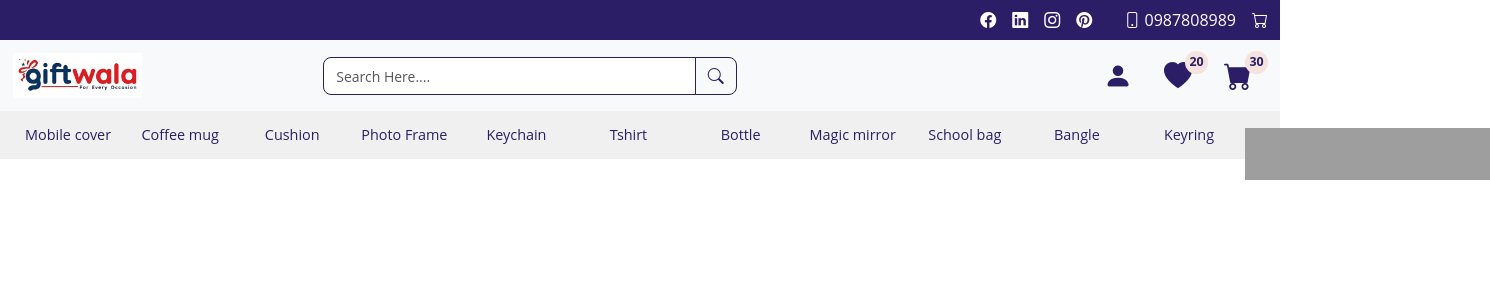
Repository: mangalravi/GiftWala
Page: index.html
These files come from the project's save history. The page is drawn as it stood at one moment and after the next save; the edit follows.
The browser window is 1280 px wide. The page is 1490 px wide, then 1408 px, so the pictures cover 1490 px, including what lies to the right of the window. The pictures show the whole page.
Pictures or frames that could not be fetched are drawn as grey boxes. The style sheet was rebuilt from its Sass, Less or Tailwind sources for each picture, by a compiler version that may differ from the author's.

Above is the page before, as saved 2024-07-07 17:17:46.

### index.html
<!DOCTYPE html>
<html lang="en">
  <head>
    <meta charset="UTF-8" />
    <meta name="viewport" content="width=device-width, initial-scale=1.0" />
    <title>GiftWala</title>

    <link
      rel="apple-touch-icon"
      sizes="180x180"
      href="content/images/fabicon.png"
      alt="fabicon"
    />
    <link
      rel="icon"
      type="image/png"
      sizes="32x32"
      href="content/images/fabicon.png"
      alt="fabicon"
    />
    <link
      rel="icon"
      type="image/png"
      sizes="16x16"
      href="content/images/fabicon.png"
      alt="fabicon"
    />
    <link
      rel="publication"
      href=""
      crossorigin="use-credentials"
      type="application/manifest+json"
    />
    <meta name="msapplication-TileColor" content="#da532c" />
    <meta name="theme-color" content="#ffffff" />

    <link rel="icon" href="content/images/logo/favicon.png" type="image/png" />
    <link rel="stylesheet" href="content/css/bootstrap-icons.css" />
    <link rel="stylesheet" href="content/bootstrap/css/bootstrap.min.css" />
    <link rel="stylesheet" href="content/css/font-family.css" />
    <link rel="stylesheet" href="content/css/aos.css" />
    <link rel="stylesheet" href="content/css/custom.css" />
  </head>
  <body>
    <header>
      <div class="tophdr">
        <div class="container-fluid d-flex justify-content-end">
          <ul class="tpmnul">
            <li>
              <ul class="social-link">
                <li>
                  <a
                    href="#"
                    rel="noopener noreferrer"
                    target="_blank"
                    aria-label="Facebook"
                    class="fb"
                    ><i class="bi bi-facebook"></i
                  ></a>
                </li>
                <li>
                  <a
                    href="#"
                    rel="noopener noreferrer"
                    target="_blank"
                    aria-label="Linkedin"
                    class="in"
                    ><i class="bi bi-linkedin"></i
                  ></a>
                </li>
                <li>
                  <a
                    href="#"
                    rel="noopener noreferrer"
                    target="_blank"
                    aria-label="Instagram"
                    class="inta"
                    ><i class="bi bi-instagram"></i
                  ></a>
                </li>
                <li>
                  <a
                    href="#"
                    rel="noopener noreferrer"
                    target="_blank"
                    aria-label="Pinterest"
                    class="inta"
                    ><i class="bi bi-pinterest"></i
                  ></a>
                </li>
                <li>
                  <a
                    href="#"
                    rel="noopener noreferrer"
                    target="_blank"
                    aria-label="Threads"
                    class="in"
                    ><i class="bi bi-threads"></i
                  ></a>
                </li>
              </ul>
            </li>
            <li>
              <a href="#">
                <i class="bi bi-phone"></i>
                <span>0987808989</span>
              </a>
            </li>
            <li>
              <a href="#">
                <i class="bi bi-cart"></i>
              </a>
            </li>
          </ul>
        </div>
      </div>
      <nav class="navbar navbar-expand-lg bg-body-tertiary">
        <div class="container-fluid">
          <a class="navbar-brand m-0" href="#">
            <img
              src="content/images/logo.jpg"
              alt="logo"
              height="45"
              width="131"
            />
          </a>
          <button
            class="navbar-toggler"
            type="button"
            data-bs-toggle="collapse"
            data-bs-target="#navbarSupportedContent"
            aria-controls="navbarSupportedContent"
            aria-expanded="false"
            aria-label="Toggle navigation"
          >
            <span class="navbar-toggler-icon"></span>
          </button>
          <div
            class="collapse navbar-collapse justify-content-end"
            id="navbarSupportedContent"
          >
            <div class="row w-100 align-items-center">
              <div class="col-sm-8">
                <div class="row justify-content-center">
                  <div class="col-sm-7">
                    <form class="d-flex" role="search">
                      <div class="input-group">
                        <input
                          type="text"
                          class="form-control"
                          placeholder="Search Here...."
                        />
                        <span class="input-group-text" id="basic-addon2">
                          <i class="bi bi-search"></i>
                        </span>
                      </div>
                    </form>
                  </div>
                </div>
              </div>
              <div class="col-sm-4">
                <ul class="navbar-nav mb-2 mb-lg-0 justify-content-end">
                  <li class="nav-item">
                    <a class="nav-link" aria-current="page" href="#"
                      ><i class="bi bi-person-fill"></i
                    ></a>
                  </li>
                  <li class="nav-item">
                    <a class="nav-link" href="#"
                      ><i class="bi bi-heart-fill"></i>
                      <span class="badge">20</span>
                    </a>
                  </li>
                  <li class="nav-item">
                    <a class="nav-link" href="#">
                      <i class="bi bi-cart-fill"></i>
                      <span class="badge">30</span>
                    </a>
                  </li>
                </ul>
              </div>
            </div>
          </div>
        </div>
      </nav>
      <div class="btmhdr">
        <div class="container-fluid">
          <div class="btmhdrnv">
            <ul class="d-flex align-items-center">
              <li>Mobile cover</li>
              <li>Coffee mug</li>
              <li>Cushion</li>
              <li>Photo Frame</li>
              <li>Keychain</li>
              <li>Tshirt</li>
              <li>Bottle</li>
              <li>Magic mirror</li>
              <li>School bag</li>
              <li>Bangle</li>
              <li>Keyring</li>
            </ul>
            <li style="position: relative; border-bottom: none !important">
              <a
                class="adbHeaderLink"
                href="/express-delivery"
                style="border-bottom: none !important"
              >
                <div class="left bg-express_delivery_1"></div>
                <input type="hidden" value="Delivery In 2 hours" />
              </a>
            </li>
          </div>
        </div>
      </div>
    </header>

    <!--
<footer>
  <div class="container">
    <div class="row mb-4">
      <div class="col-sm-6 col-md-2 d-flex">
        <div class="hdr-img mb-4">
          <img src="hdr-logo" alt="hdr-logo">
        </div>
      </div>
      <div class="col-md-7">
        <div class="row">
            <div class="col-3">
              <ul>
                <li><a href="aboutus.html">About Us</a></li>
                <li><a href="contact-us.html">Contact Us</a></li>
                <li><a href="faq.html">FAQ</a></li>
              </ul>
            </div>
            <div class="col-4">
              <ul>
                <li><a href="term-and-condition.html">Terms of Purchase</a></li>
                <li><a href="item-condition.html">Items Condition</a></li>
                <li><a href="privacy-policy.html">Privacy Policy</a></li>
              </ul>
            </div>
            <div class="col-5">
              <ul class="mailli">
                <li><a href="tel:1800-419-0431"><i class="bi bi-telephone-fill"></i> 1800-419-0431</a></li>
                <li><a href="mailto: support@b2bstop.com"><i class="bi bi-envelope"></i>  support@b2bstop.com</a></li>
              </ul>
            </div>
         </div>

      </div>
      <div class="col-sm-6 col-md-3 d-flex">
        <div class="adrs">
          <a href="http://maps.google.com/?q=1200 Pennsylvania Ave SE, Washington, District of Columbia, 20003"">
            <i class="bi bi-geo-alt-fill"></i>
            No. 565, Axis Pennmark building, 2nd, 3rd & 4th Floor, 9th cross road, Sarakki, 3rd phase, JP Nagar, Bangalore, Karnataka - 560078
          </a>
        </div>
      </div>
    </div>
    <div class="btn-hdng">
      <p class="text-center">© b2bstop - Trade mark of Green Enabled IT Solutions Pvt. Ltd</p>
    </div>
  </div>
</footer> -->

    <script src="content/js/jquery.min.js"></script>
    <script src="content/js/slick.js"></script>
    <script src="content/js/aos.js"></script>
    <script src="content/bootstrap/js/bootstrap.bundle.min.js"></script>
    <script src="content/js/custom.js"></script>
    <script>
      AOS.init();
    </script>
  </body>
</html>

### content/css/font-family.css
@font-face {
  font-family: "OpenSans";
  font-style: normal;
  font-weight: 400;
  src: url("../fonts/Open_Sans/static/OpenSans-Regular.ttf") format("truetype");
  font-display: swap;
}

@font-face {
  font-family: "OpenSans";
  font-style: normal;
  font-weight: 500;
  src: url("../fonts/Open_Sans/static/OpenSans-Medium.ttf") format("truetype");
  font-display: swap;
}

@font-face {
  font-family: "OpenSans";
  font-style: normal;
  font-weight: 600;
  src: url("../fonts/Open_Sans/static/OpenSans-SemiBold.ttf") format("truetype");
  font-display: swap;
}

@font-face {
  font-family: "OpenSans";
  font-style: normal;
  font-weight: 700;
  src: url("../fonts/Open_Sans/static/OpenSans-Bold.ttf") format("truetype");
  font-display: swap;
}

### content/js/custom.js
$(".projetos-slider").slick({
  slidesToShow: 1,
  slidesToScroll: 1,
  autoplay: true,
  autoplaySpeed: 1000,
  arrows: false,
  dots: false,
  adaptiveHeight: true,
  speed: 1500,
  responsive: [
    {
      breakpoint: 1121,
      settings: {
        slidesToShow: 1,
        autoplay: true,
        adaptiveHeight: true,
      },
    },
    {
      breakpoint: 768,
      settings: {
        slidesToShow: 1,
        autoplay: true,
        adaptiveHeight: true,
      },
    },
  ],
});

### content/css/custom.scss
:root {
  --bs-primary: #2b1e66;
  --bs-secondary: #ed247c;
  --bs-heading: #333333;
  --bs-para: #595657;
  --bs-border-color: #e8e8e8;
  --bs-root-font-size: 16px;
  --bs-body-font-family: 'Open Sans', sans-serif;
}

.bi,
.btn,
.h1,
.h2,
.h3,
.h4,
.h5,
.h6,
:after,
:before,
a,
button,
h1,
h2,
h3,
h4,
h5,
h6,
img,
input,
li,
p,
select,
span,
textarea {
  transition: 0.5s ease-out;
}

ul {
  padding: 0;
  margin: 0;

  li {
    list-style: none;
    color: var(--bs-primary);
  }
}

body {
  margin: 0;
  font-family: var(--bs-body-font-family);
  overflow-x: hidden;
  font-size: 16px;
  position: inherit !important;
}

.overflow-x-hidden {
  overflow-x: hidden;
}

.h1,
.h2,
.h3,
.h4,
.h5,
.h6,
h1,
h2,
h3,
h4,
h5,
h6 {
  font-family: var(--bs-body-font-family);
  font-weight: 600;
  margin-bottom: 1rem;
  line-height: 1.35;
  color: var(--bs-secondary);
}

.btn {
  padding: 0.65rem 0.6rem;
  font-size: 0.65rem;
  text-transform: uppercase;
  transition: all 0.25s;
  border-radius: 0.35rem;
  height: 37.72px;
  font-weight: 600;
}

.btn-secondary-fill {
  background: var(--bs-secondary);
  border: 1px solid var(--bs-secondary);
  color: #fff;

  &:hover {
    background: var(--bs-secondary);
    border: 1px solid var(--bs-secondary);
    color: #fff;
  }
}


input {
  &::placeholder {
    font-size: 0.85rem;
    color: #000;
  }
}

.form-group {
  width: 100%;
  border: 1px solid #e1e1e2;
  border-radius: 0.25rem;
  padding: 0.25rem 1rem;

  &::placeholder {
    font-size: 1rem;
    color: #aeb3b3;
  }

  &::focus {
    outline: none;
    border: 1px solid var(--bs-primary);
  }
}

img {
  object-fit: contain;
  max-width: 100%;
}

.btn-primary {
  color: #fff;
  background-color: var(--bs-primary);
  border: 1px solid var(--bs-primary);
}

.btn-secondary {
  color: var(--bs-secondary);
  background-color: transparent;
  border: 1px solid var(--bs-secondary);

  &:hover {
    border-radius: 0.5rem;
    color: #fff;
    background-color: var(--bs-secondary);
    border-color: transparent;
    transition: all 0.8s;
  }

  &:focus {
    color: #fff;
    background-color: var(--bs-secondary);
    border-color: transparent;
  }
}

.btn-primary {

  &:hover,
  &:focus {
    color: #fff;
    background-color: var(--bs-primary);
    outline: 0;
    box-shadow: none;
    border-color: transparent;
  }
}

.btn-main {
  &:hover {
    background: #fff;
    color: var(--bs-secondary);
  }
}

.nav-item {
  padding: 0 0.5rem;
  color: #333333ad;
  font-weight: 500;

  .nav-link {
    padding: 0 0.5rem;
    color: var(--bs-secondary);
  }

}

a {
  &:hover {
    color: var(--bs-primary);
    text-decoration: none;
  }
}

svg,
img {
  vertical-align: middle;
}

section,
footer {
  padding: 50px 0;
}

.socilhdr {
  display: flex;
  justify-content: flex-end;
  gap: 1.5rem;
  padding: 0;

  li {
    list-style-type: none;
  }
}

.tophdr {
  padding: 0.5rem 0;
  background: var(--bs-primary);

  .tpmnul {
    display: flex;
    align-items: center;
    gap: 1rem;
    color: #fff;

    a {
      color: #fff;
      text-decoration: none;
    }

    .social-link {
      display: flex;
      align-items: center;
      gap: 1rem;

      li {
        a {
          color: #fff;
        }
      }
    }
  }
}

.badge {
  position: absolute;
  top: -4px;
  right: -8px;
  background: #f4e3de;
  padding: 0.25rem;
  width: 23px;
  height: 23px;
  border-radius: 50%;
  color: var(--bs-primary);
  z-index: 0;
  font-size: 0.775rem;
  display: flex;
  align-items: center;
  justify-content: center;
}

.bg-body-tertiary {
  background-color: #f8f9fa;
}

.navbar-nav {
  li {

    a {
      z-index: 8;
      font-size: 1.75rem;
      position: relative;

      i {
        color: var(--bs-primary);
      }
    }
  }
}

.input-group {
  input {
    border: 1px solid var(--bs-primary);
    border-radius: 0.5rem 0 0 0.5rem;

    &:focus {
      box-shadow: none;
    }

    &::placeholder {
      color: #595657;
      font-size: 0.875rem;
    }
  }
}

.input-group-text {
  border: 1px solid var(--bs-primary);
  border-radius: 0.5rem 0.5rem 0.5rem 0;
  display: flex;
  align-items: center;

  i {
    color: var(--bs-primary);
  }
}

.btmhdr {
  background: #f0f0f0;
  padding: 0.75rem 0;

  .btmhdrnv {
    display: flex;

    ul {
      flex: 1;

      li {
        flex: 1;
        text-align: center;
        font-size: 0.9rem;

      }
    }
  }
}

.bg-express_delivery_1 {
  width: 245px;
  height: 53px;
  background: url(https://assets.winni.in/groot/2023/11/20/desktop/scooter-animation-fifth.gif) no-repeat 0 1px;
  position: absolute;
  top: 4px;
  left: 0px;
}

Loaded but not shown: content/css/bootstrap-icons.css (library); content/bootstrap/css/bootstrap.min.css (library); content/css/aos.css (library); content/js/jquery.min.js (library); content/js/slick.js (library); content/js/aos.js (library); content/bootstrap/js/bootstrap.bundle.min.js (library)

After the next save:
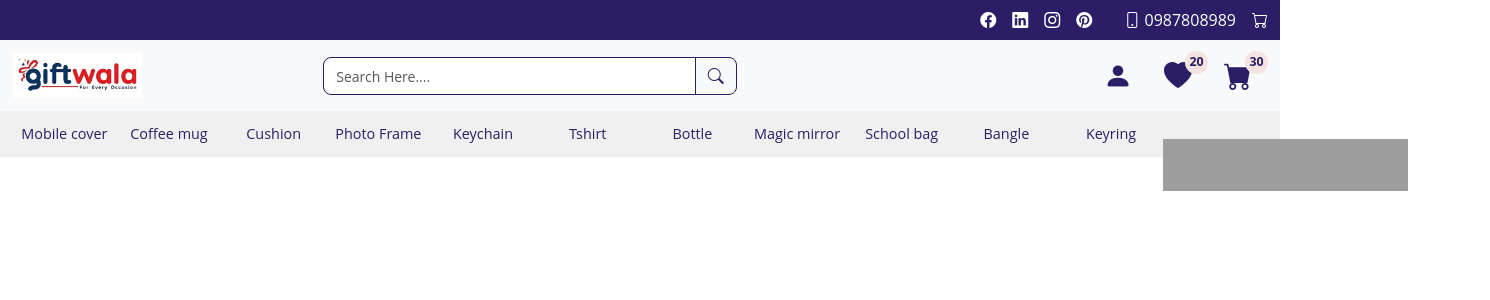
Saved 8 s later.
--- a/index.html
+++ b/index.html
@@ -198,17 +198,17 @@
               <li>School bag</li>
               <li>Bangle</li>
               <li>Keyring</li>
+              <li style="position: relative; border-bottom: none !important">
+                <a
+                  class="adbHeaderLink"
+                  href="/express-delivery"
+                  style="border-bottom: none !important"
+                >
+                  <div class="left bg-express_delivery_1"></div>
+                  <input type="hidden" value="Delivery In 2 hours" />
+                </a>
+              </li>
             </ul>
-            <li style="position: relative; border-bottom: none !important">
-              <a
-                class="adbHeaderLink"
-                href="/express-delivery"
-                style="border-bottom: none !important"
-              >
-                <div class="left bg-express_delivery_1"></div>
-                <input type="hidden" value="Delivery In 2 hours" />
-              </a>
-            </li>
           </div>
         </div>
       </div>
